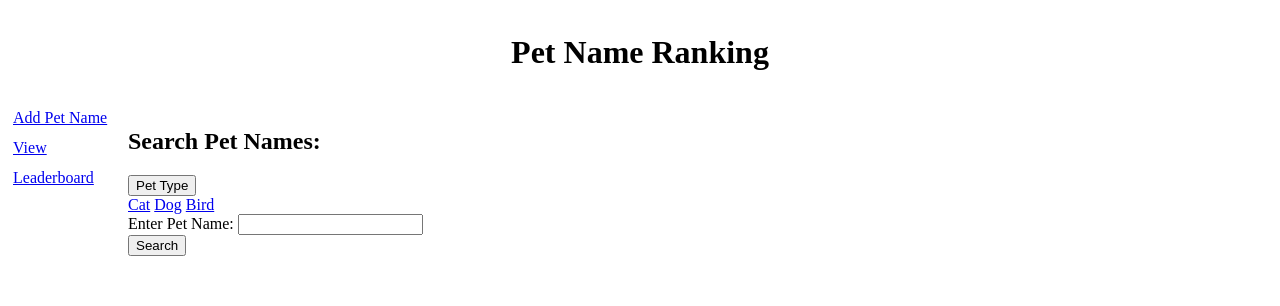
Repository: mutterbucket/TriplettTermProject4830
Page: workspaceCSCI4830-tech-excercise-Triplett/techExcerciseTriplett/WebContent/home_search.html
An editor plug-in stored every save of this project. The page is shown before and after the next save, followed by the edit.
The browser window is 1280 px wide. The pictures show the whole page.

Above is the page before, as saved 2020-02-21 22:26:06.

### workspaceCSCI4830-tech-excercise-Triplett/techExcerciseTriplett/WebContent/home_search.html
<!DOCTYPE html>
<html>
<head>
<meta charset="ISO-8859-1">
<style type="text/css">
header {
    background-color: 19FFBD;
    color: black;
    text-align: center;
    padding: 5px;
}
nav {
    line-height:30px;
    background-color:5C716B;
    height:300px;
    width:100px;
    float:left;
    padding:5px;
}
section {
    width:350px;
    float:left;
    padding:10px;
}
footer {
    background-color:19FFBD;
    color:black;
    clear:both;
    text-align:center;
    padding:5px;
}
</style>
</head>
<body>
<header>
<h1>Pet Name Ranking</h1>
</header>

<nav>
<a href="/techExcerciseTriplett/add_name.html">Add Pet Name</a> <br>
<a href="/techExcerciseTriplett/leaderboard.html">View Leaderboard</a> <br>
</nav>

<section>
	<h1>Search Pet Names:</h1>

	<div class="dropdown">
       <button class="dropbtn">Pet Type</button>
       <div class="dropdown-content">
         <a href="#">Cat</a>
         <a href="#">Dog</a>
         <a href="#">Bird</a>
       </div>
    </div>

	<form action="SearchNames" method="POST">

		Enter Pet Name: <input type="text" name="keyword"> <br />

		<input type="submit" value="Search" />
	</form>

</section>
</body>
</html>

After the next save:
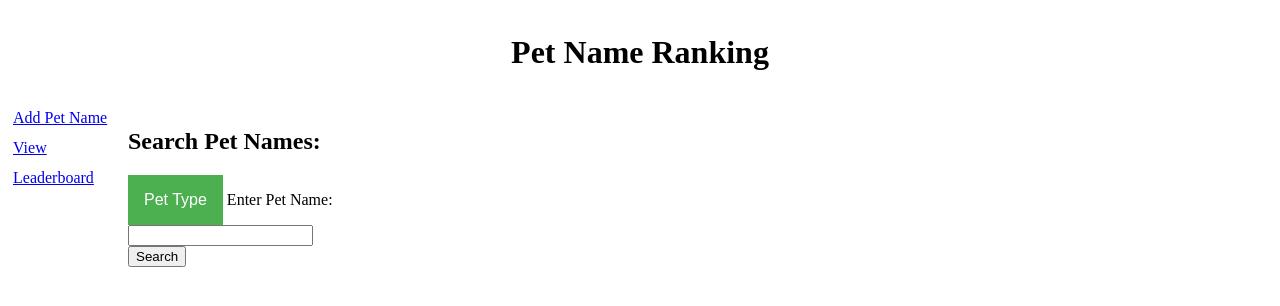
Saved 3 min 51 s later.
--- a/workspaceCSCI4830-tech-excercise-Triplett/techExcerciseTriplett/WebContent/home_search.html
+++ b/workspaceCSCI4830-tech-excercise-Triplett/techExcerciseTriplett/WebContent/home_search.html
@@ -22,6 +22,31 @@ section {
     float:left;
     padding:10px;
 }
+.dropbtn {
+  background-color: #4CAF50;
+  color: white;
+  padding: 16px;
+  font-size: 16px;
+  border: none;
+}
+.dropdown {
+  position: relative;
+  display: inline-block;
+}
+.dropdown-content {
+  display: none;
+  position: absolute;
+  background-color: #f1f1f1;
+  min-width: 160px;
+  box-shadow: 0px 8px 16px 0px rgba(0,0,0,0.2);
+  z-index: 1;
+}
+.dropdown-content a {
+  color: black;
+  padding: 12px 16px;
+  text-decoration: none;
+  display: block;
+}
 footer {
     background-color:19FFBD;
     color:black;
@@ -44,17 +69,15 @@ footer {
 <section>
 	<h1>Search Pet Names:</h1>
 
-	<div class="dropdown">
-       <button class="dropbtn">Pet Type</button>
-       <div class="dropdown-content">
-         <a href="#">Cat</a>
-         <a href="#">Dog</a>
-         <a href="#">Bird</a>
-       </div>
-    </div>
-
 	<form action="SearchNames" method="POST">
-
+		<div class="dropdown">
+        	<button class="dropbtn">Pet Type</button>
+       		<div class="dropdown-content">
+        	 	<a href="#">Cat</a>
+         		<a href="#">Dog</a>
+         		<a href="#">Bird</a>
+       		</div>
+    	</div>
 		Enter Pet Name: <input type="text" name="keyword"> <br />
 
 		<input type="submit" value="Search" />
